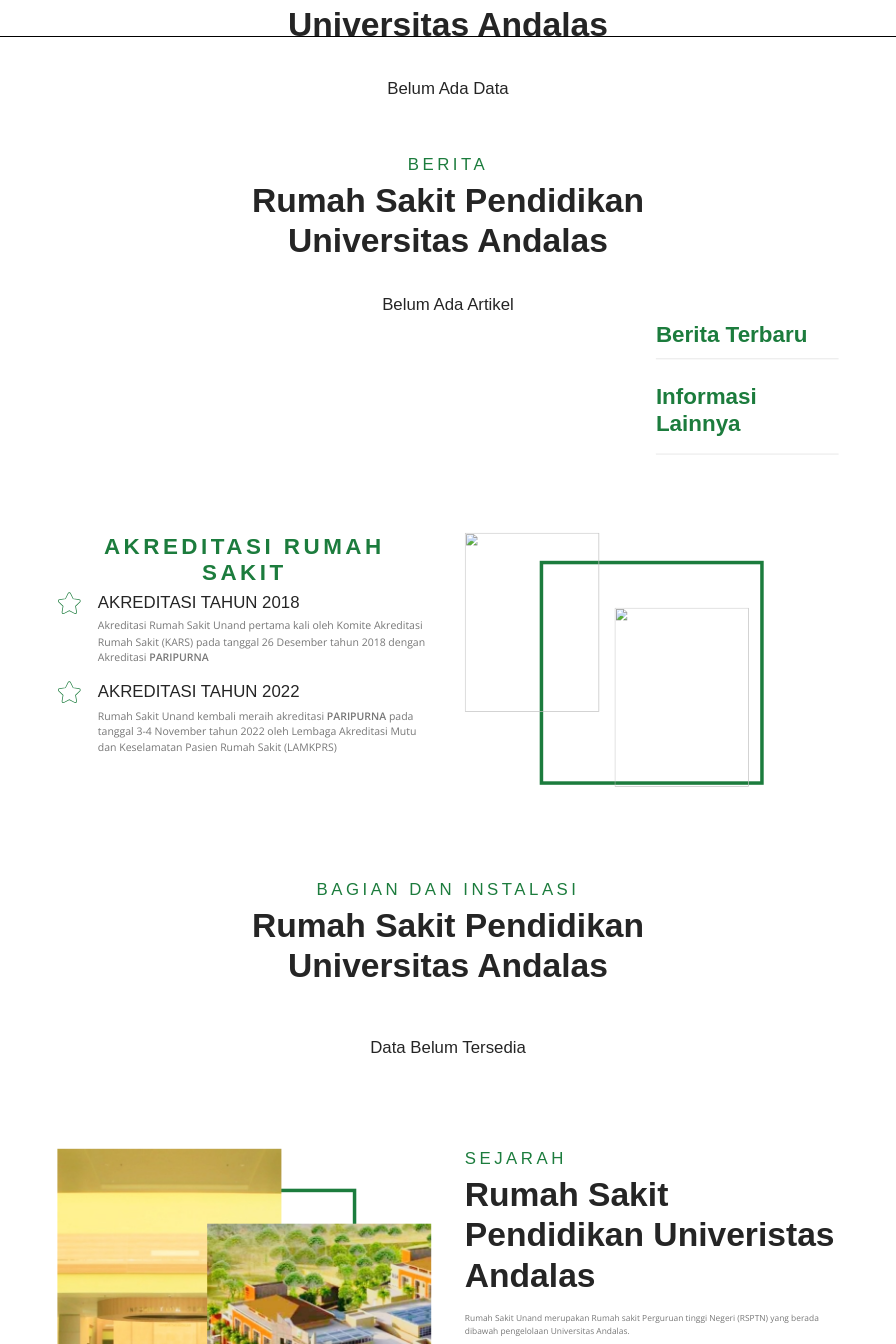
Repository: vivin-erialis/rsunand-site
Page: http://localhost/
These files come from the project's save history. The page is drawn as it stood at one moment and after the next save; the edit follows.
The browser window is 1280 px wide. The pictures show the part of the page from y = 313 to 2233 px (the page is 3087 px tall), at 70% of full size.
Some web fonts or font styles are not loaded; a fallback is used. Some web libraries are served in a nearby version. The page is served by the project's Laravel application, run on PHP 8.4 with Laravel 12. Queries for data that is not in the repository find no rows.

Above is the page before, as saved 2024-06-10 09:16:00.
Console error: TypeError: Cannot read properties of undefined (reading 'version')

After the next save:
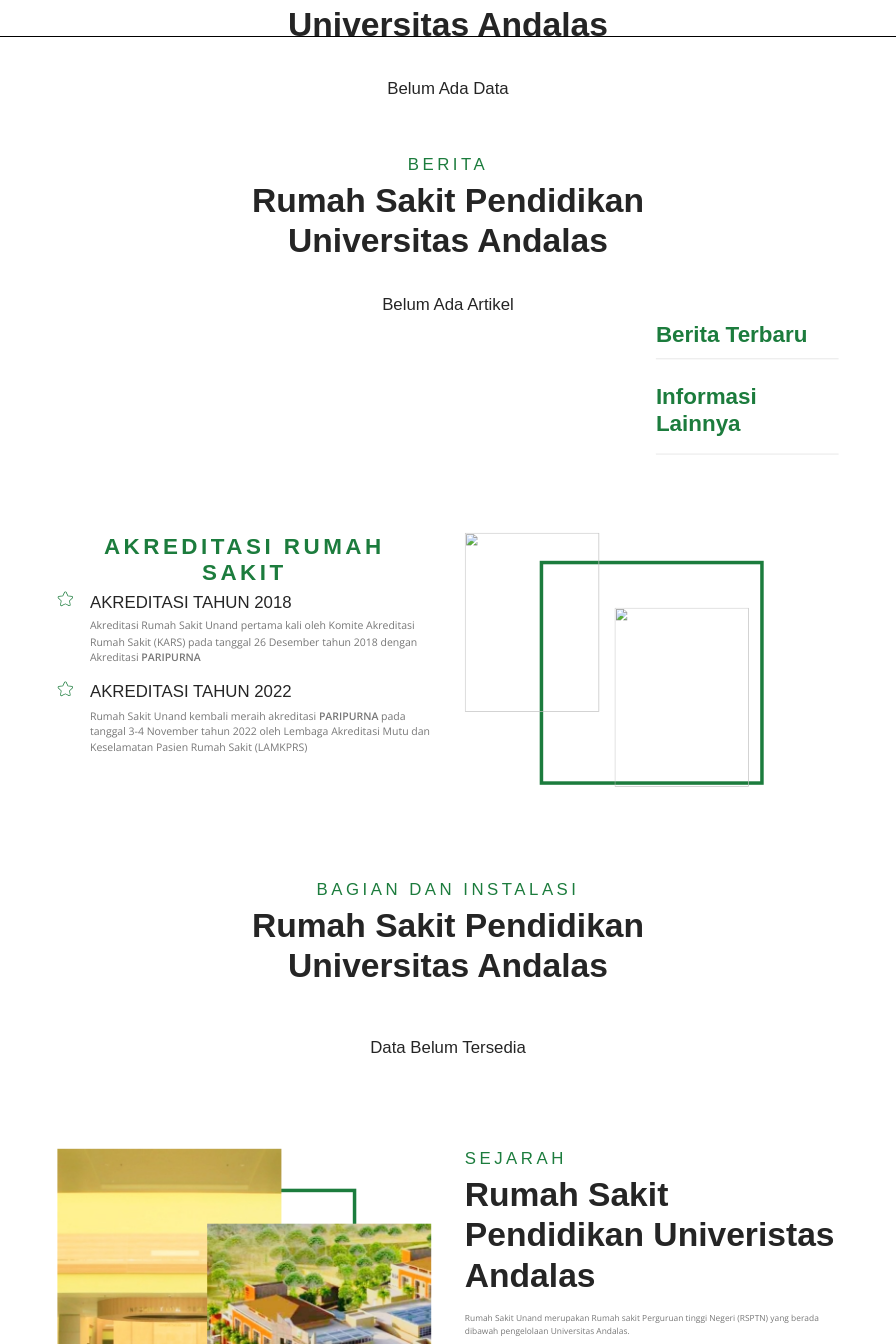
Saved 14 s later.
--- a/resources/views/Frontend/home.blade.php
+++ b/resources/views/Frontend/home.blade.php
@@ -231,7 +231,7 @@
                         <div class="col-12">
                             <div class="d-flex align-items-start">
                                 <i class="fa fa-star flex-shrink-0 mb-4"
-                                    style="color: #1C7C3D; font-size: 30px; background: none; -webkit-text-stroke: 1px #1C7C3D; color: transparent;"></i>
+                                    style="color: #1C7C3D; font-size: 20px; background: none; -webkit-text-stroke: 1px #1C7C3D; color: transparent;"></i>
                                 </i>
                                 <div class="ms-4">
                                     <h4>AKREDITASI TAHUN 2018</h4>
@@ -246,7 +246,7 @@
                         <div class="col-12">
                             <div class="d-flex align-items-start">
                                 <i class="fa fa-star flex-shrink-0 mb-4"
-                                    style="color: #1C7C3D; font-size: 30px; background: none; -webkit-text-stroke: 1px #1C7C3D; color: transparent;"></i>
+                                    style="color: #1C7C3D; font-size: 20px; background: none; -webkit-text-stroke: 1px #1C7C3D; color: transparent;"></i>
                                 </i>
                                 <div class="ms-4">
                                     <h4>AKREDITASI TAHUN 2022</h4>
